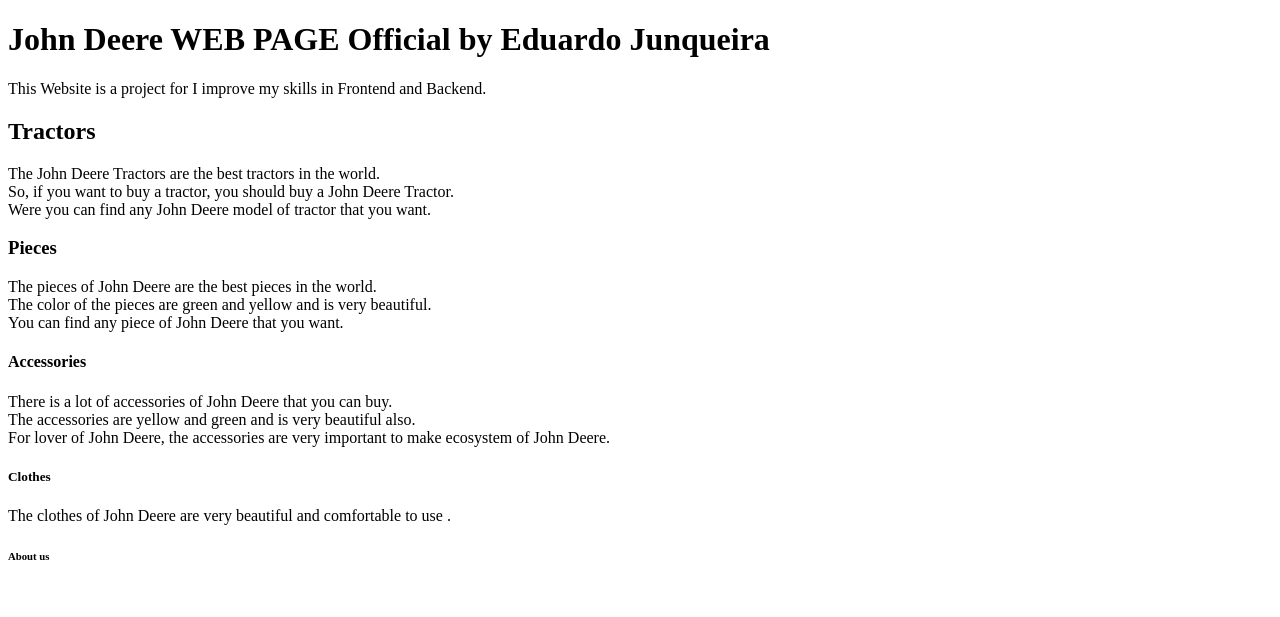
Repository: EduardoJunqueira2004/WEBJohnDeere
Page: index.html
The author's editor kept a copy of each file at every save. The page is drawn from the files as they stood at one save, then again after a run of saves.
The browser window is 1280 px wide. The pictures show the whole page.

Above is the page before, as saved 2024-12-05 11:03:11.

### index.html
<!DOCTYPE html>
<html lang="en">
<head>
    <meta charset="UTF-8">
    <meta name="viewport" content="width=device-width, initial-scale=1.0">
    <title>Index.html</title>
</head>
<body>
    <!--heder1-->
    <h1>John Deere WEB PAGE Official by Eduardo Junqueira</h1>
    <p>
        This Website is a project for I improve my skills in Frontend and Backend.
    </p>
    <!--heder2-->
    <h2>Tractors</h2>
    <p>
        The John Deere Tractors are the best tractors in the world.<br>
        So, if you want to buy a tractor, you should buy a John Deere Tractor.<br>
        Were you can find any John Deere  model of tractor that you want.
    </p>
    <!--heder3-->
    <h3>Pieces</h3>
    <p>
        The pieces of John Deere are the best pieces in the world.<br>
        The color of the pieces are green and yellow and is very beautiful.<br>
        You can find any piece of John Deere that you want.
    </p>
    <!--heder4-->
    <h4>Accessories</h4>
    <p>
        There is a lot of accessories of John Deere that you can buy.<br>
        The accessories are yellow and green and is very beautiful also.<br>
        For lover of John Deere, the accessories are very important to make ecosystem of John Deere.
    </p>
    <!--heder5-->
    <h5>Clothes</h5>
    <p>
        The clothes of John Deere are very beautiful and comfortable to use .<br>
    </p>
    <!--heder6-->
    <h6>About us</h6>

</body>
</html>

After the next 6 saves:
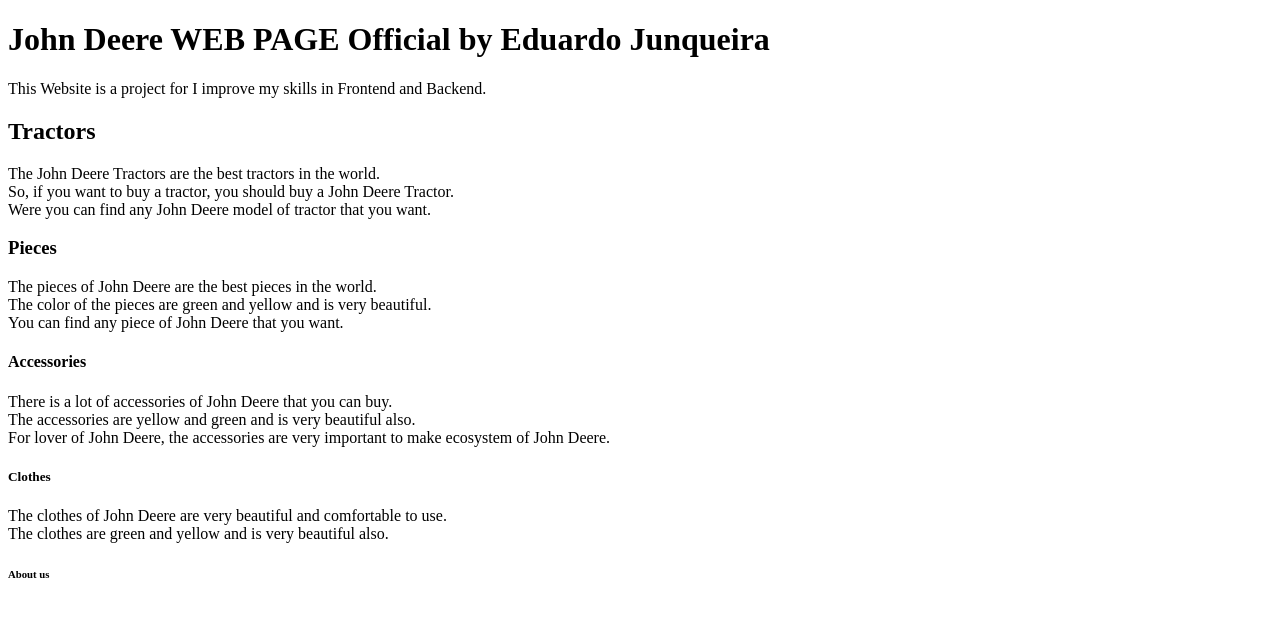
The 6 saves are shown as one change because they came seconds apart.
The last was saved 14 s later.
--- a/index.html
+++ b/index.html
@@ -35,7 +35,9 @@
     <!--heder5-->
     <h5>Clothes</h5>
     <p>
-        The clothes of John Deere are very beautiful and comfortable to use .<br>
+        The clothes of John Deere are very beautiful and comfortable to use.<br>
+        The clothes are green and yellow and is very beautiful also.<br>
+
     </p>
     <!--heder6-->
     <h6>About us</h6>
